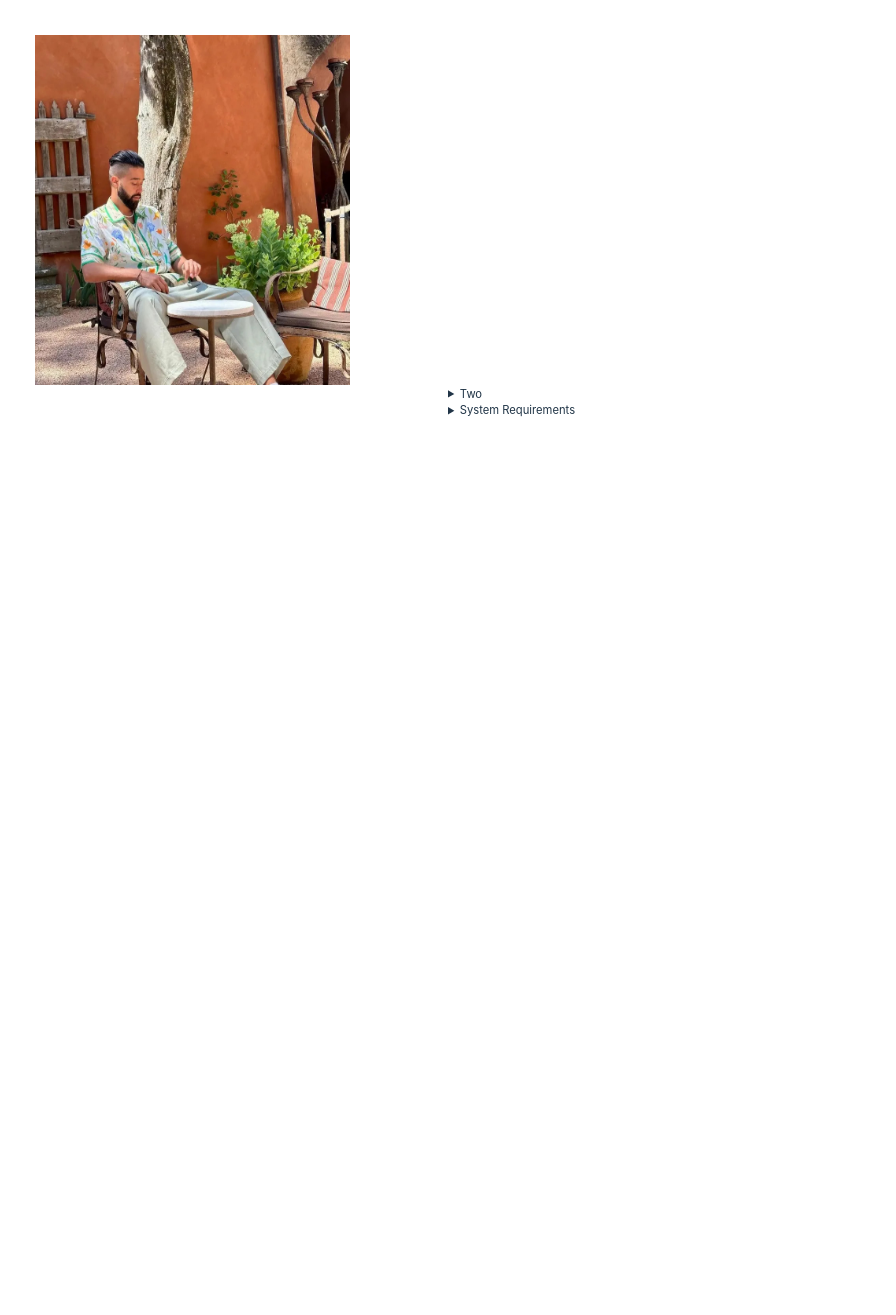
Repository: GavinPahal/my_app
Page: / (app in react/)
These files come from the project's save history. The page is drawn as it stood at one moment and after the next save; the edit follows.
The browser window is 1280 px wide. The pictures show the whole page, at 70% of full size.
The project was rebuilt for these pictures with package versions that can differ from the ones it lists, and the page was loaded fresh each time. Also part of the build but not shown: react/vite.config.js.

Above is the page before, as saved 2024-09-14 10:53:18.

After the next save:
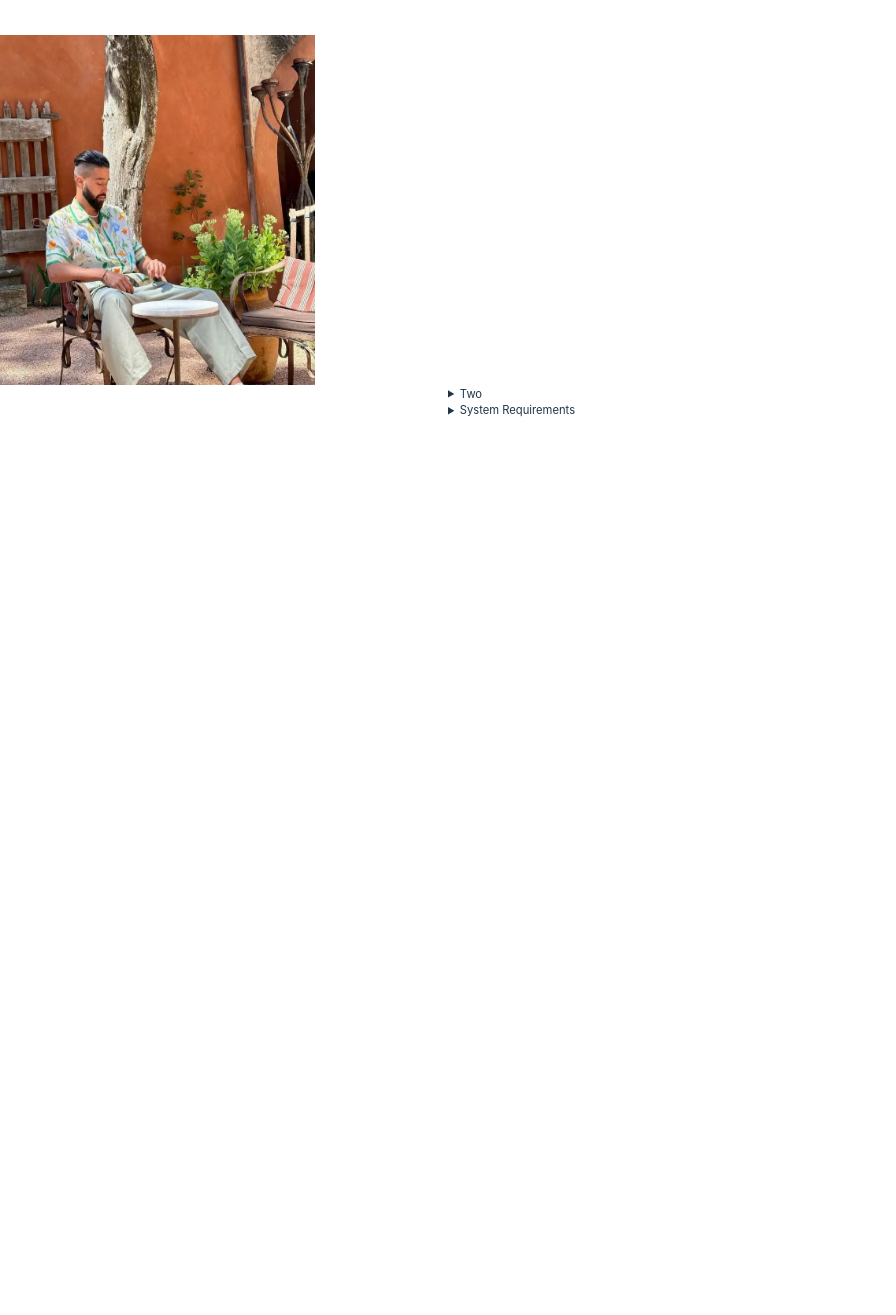
Saved 5 s later.
--- a/react/src/App.css
+++ b/react/src/App.css
@@ -1,6 +1,5 @@
 .image{
   display: flex;
-  padding-left: 50px;
   padding-top: 50px;
 }
 
